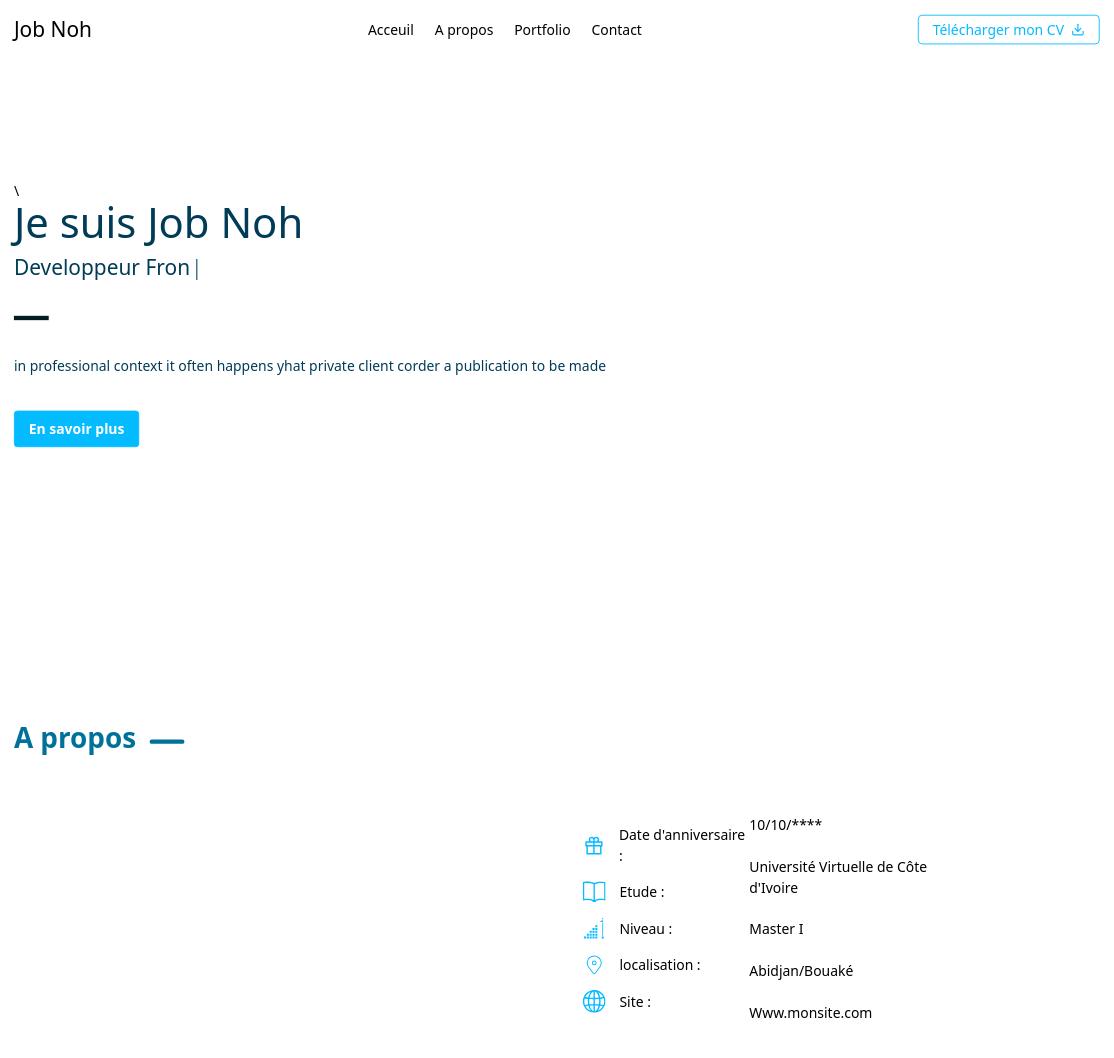
Repository: anoy1010/Nextportfolio
Page: /
An editor plug-in stored every save of this project. The page is shown before and after the next save, followed by the edit.
The browser window is 1280 px wide. The pictures show the whole page, at 87% of full size.
Backgrounds fixed to the window are drawn as part of the page. The project was rebuilt for these pictures with package versions that can differ from the ones it lists, and the page was loaded fresh each time. The framework's server and built-in components were replaced by stand-ins that run in the browser. Also part of the build but not shown: next.config.js, styles/Home.module.css.

Above is the page before, as saved 2023-03-06 17:55:58.

### pages/index.js
import Head from 'next/head'
import Image from 'next/image'
import { Inter } from '@next/font/google'
import styles from '../styles/Home.module.css'
import Navbar from '../components/Navbar'
import Hero from '../components/Hero'
import About from '../components/About'
const inter = Inter({ subsets: ['latin'] })

export default function Home() {
  return (
    <>
      <Head>
        <title>Portfolio | Noh Job</title>
        <meta name="description" content="Generated by create next app" />
        <meta name="viewport" content="width=device-width, initial-scale=1" />
        <link rel="icon" href="/favicon.ico" />
      </Head>

      <header>
        < Navbar />
      </header>

      <main>
        <Hero />
        <About/>
      </main>

    </>
  )
}

### styles/globals.css
@tailwind base;
@tailwind components;
@tailwind utilities;

@layer components {
  .btn{
    @apply bg-[#04bbff] text-white py-2 px-4 rounded inline-block mt-10 font-bold border border-[#04bbff] hover:bg-transparent hover:text-[#04bbff] transition duration-200
  }
}

### components/Navbar.js
import Link from 'next/link'
import React from 'react'
import {FiDownload} from 'react-icons/fi'
import {RiMenu5Line} from 'react-icons/ri'

const Navbar = () => {
  return (
    <div className='bg-white fixed top-0 w-[100%] z-10 '>
        <div className='container mx-auto flex justify-between items-center py-4 px-4'>
            <div className='text-[24px]'>Job Noh</div>

            <div className='hidden md:flex gap-6'>

                <Link href='/Acceuil' className='hover:text-[#04bbff]'>
                    Acceuil
                </Link>
                <Link href='/A propos' className='hover:text-[#04bbff]' >
                    A propos
                </Link>
                <Link href='/Portfolio' className='hover:text-[#04bbff]'>
                    Portfolio
                </Link>
                <Link href='/Contact' className='hover:text-[#04bbff]'>
                    Contact
                </Link>



            </div>

            <a href='#' className='hidden  md:flex border border-[#04bbff] px-4 py-1 text-[#04bbff] rounded-[5px] items-center gap-2 hover:bg-[#04bbff] hover:text-white transition duration-200 '>
                Télécharger mon CV
                <FiDownload/>
                </a>

            <div className='md:hidden text-[24px] '>
                <RiMenu5Line/>
            </div>
        </div>
    </div>
  )
}

export default Navbar

### components/Hero.js
import React from 'react'

import Typewriter, { TypewriterClass } from "typewriter-effect"
import Button from '../components/Button'

const Hero = () => {
  return (
    <div className='bg-[url("")] h-screen bg-cover bg-center bg-fixed flex items-center'>
        <div className='container mx-auto px-4'>\
            <div className='max-x-[450px] text-[#003c57] flex flex-col gap-[40px]'>
                <div>
                    <h1 className='text-5xl'>
                        Je suis Job Noh
                    </h1>
                    <h4 className=' text-2xl mt-3'>
                        <Typewriter
                            options = {{
                                strings: [
                                    "Developpeur Front-end",
                                    "Developpeur Back-end",
                                    "Analyste de donnée",
                                    "Chef de projet",
                                    "Graphic designer",
                                    "Developpeur mobile"
                                ],
                                changeDelay:3,
                                changeDeleteSpeed:2,
                                autoStart:true,
                                loop:true,
                            }}
                        />
                    </h4>
                </div>

                <div className='bg-[#051c24] h-[5px] w-[40px] '>
                </div>

                <div>
                    <p>
                    in professional context it often happens yhat private client
                    corder a publication to be made
                    </p>
                    <Button link="#" text="En savoir plus" />
                </div>

            </div>

        </div>
    </div>
  )
}

export default Hero

### components/About.js
import React from 'react'
import Heading from './Heading'


import {AiOutlineGift} from 'react-icons/ai'
import {TfiBook} from 'react-icons/tfi'
import {SlGlobe} from 'react-icons/sl'
import {CiLocationOn} from 'react-icons/ci'
import {GiLevelEndFlag} from 'react-icons/gi'

const About = () => {
  return (
    <section className='container mx-auto py-10 px-4'>

        <Heading title="A propos"/>

        <div className='grid grid-cols-1 md:grid-cols-2 gap-[60px]'>

            <div>
                <img className='w-[400px]' src="/" alt="" />
            </div>
            <div>
                <div className='flex items-center justify-between w-[450px]'>
                    <div className='flex flex-col gap-4'>

                        <div className='flex gap-4 items-center font-medium '>
                            <AiOutlineGift className='text-[#04bbff] text-[26px]' />
                            Date d'anniversaire :
                        </div>
                        <div className='flex gap-4 items-center font-medium '>
                            <TfiBook className='text-[#04bbff] text-[26px]' />
                            Etude :
                        </div>
                        <div className='flex gap-4 items-center font-medium '>
                            <GiLevelEndFlag className='text-[#04bbff] text-[26px]' />
                            Niveau :
                        </div>
                        <div className='flex gap-4 items-center font-medium '>
                            <CiLocationOn className='text-[#04bbff] text-[26px]' />
                            localisation :
                        </div>
                        <div className='flex gap-4 items-center font-medium '>
                            <SlGlobe className='text-[#04bbff] text-[26px]' />
                            Site :
                        </div>

                    </div>



                    <div className='flex flex-col gap-6 text-[#051c24]-600'>
                        <div>10/10/****</div>
                        <div>Université Virtuelle de Côte d'Ivoire</div>
                        <div>Master I</div>
                        <div>Abidjan/Bouaké</div>
                        <div>Www.monsite.com</div>


                    </div>

                </div>
            </div>
        </div>

    </section>
  )
}

export default About

### components/Button.js
import React from 'react'

const Button = ({text, link}) => {
  return (
    <a href={link}className='btn'>{text}</a>
  )
}

export default Button

### components/Heading.js
import React from 'react'

const Heading = ({title}) => {
  return (
    <div className='text-[#007198] text-[32px] font-bold flex items-center gap-4 py-16'>
        {title}
        <div className='bg-[#007198] h-[5px] w-[40px] translate-y-1 rounded'></div>
    </div>
  )
}

export default Heading

Loaded but not shown: pages/_app.js (common file); pages/_document.js (common file); tailwind.config.js (common file)

After the next save:
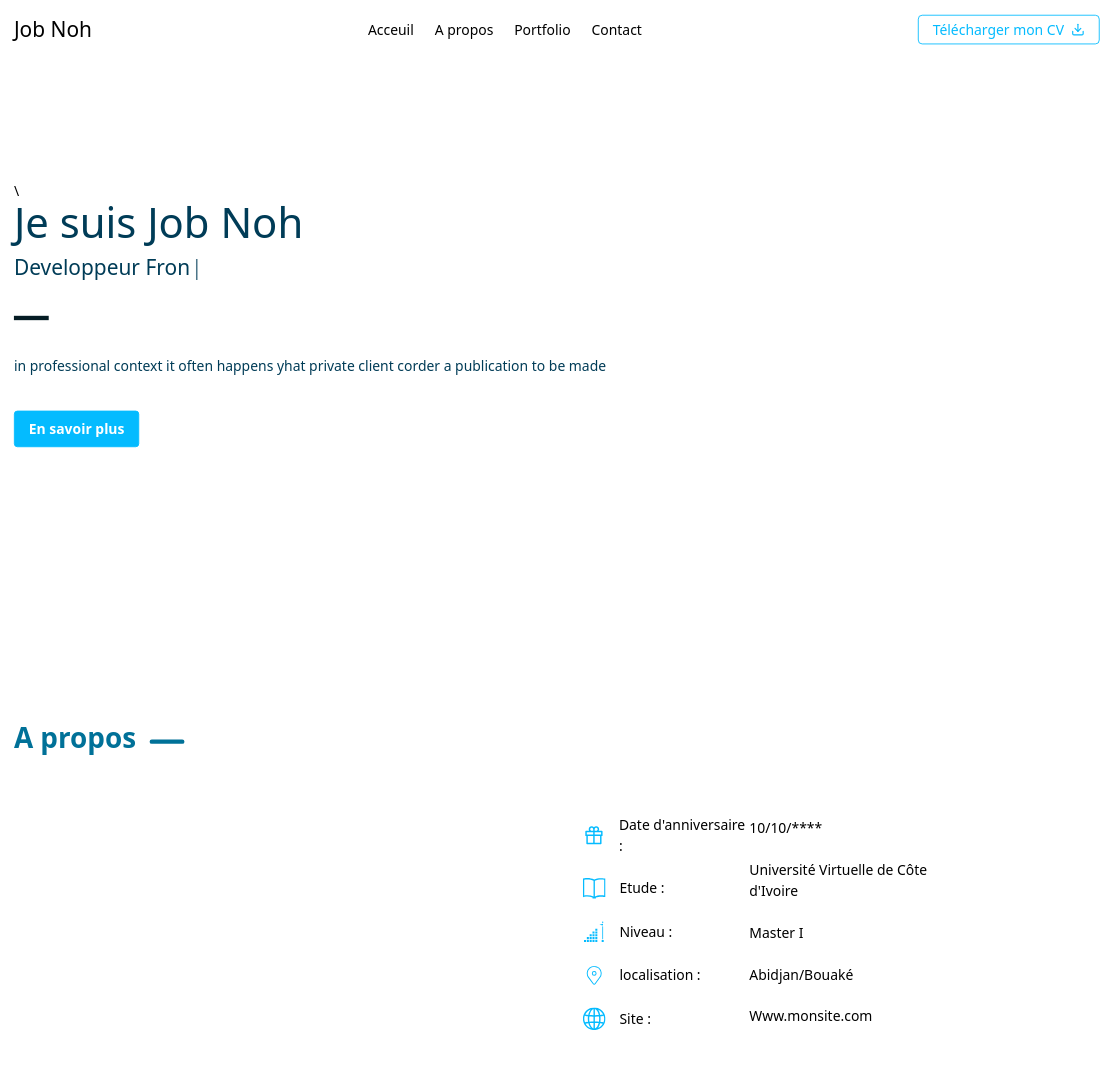
Saved 34 s later.
--- a/components/About.js
+++ b/components/About.js
@@ -21,7 +21,7 @@ const About = () => {
             </div>
             <div>
                 <div className='flex items-center justify-between w-[450px]'>
-                    <div className='flex flex-col gap-4'>
+                    <div className='flex flex-col gap-6'>
 
                         <div className='flex gap-4 items-center font-medium '>
                             <AiOutlineGift className='text-[#04bbff] text-[26px]' />
